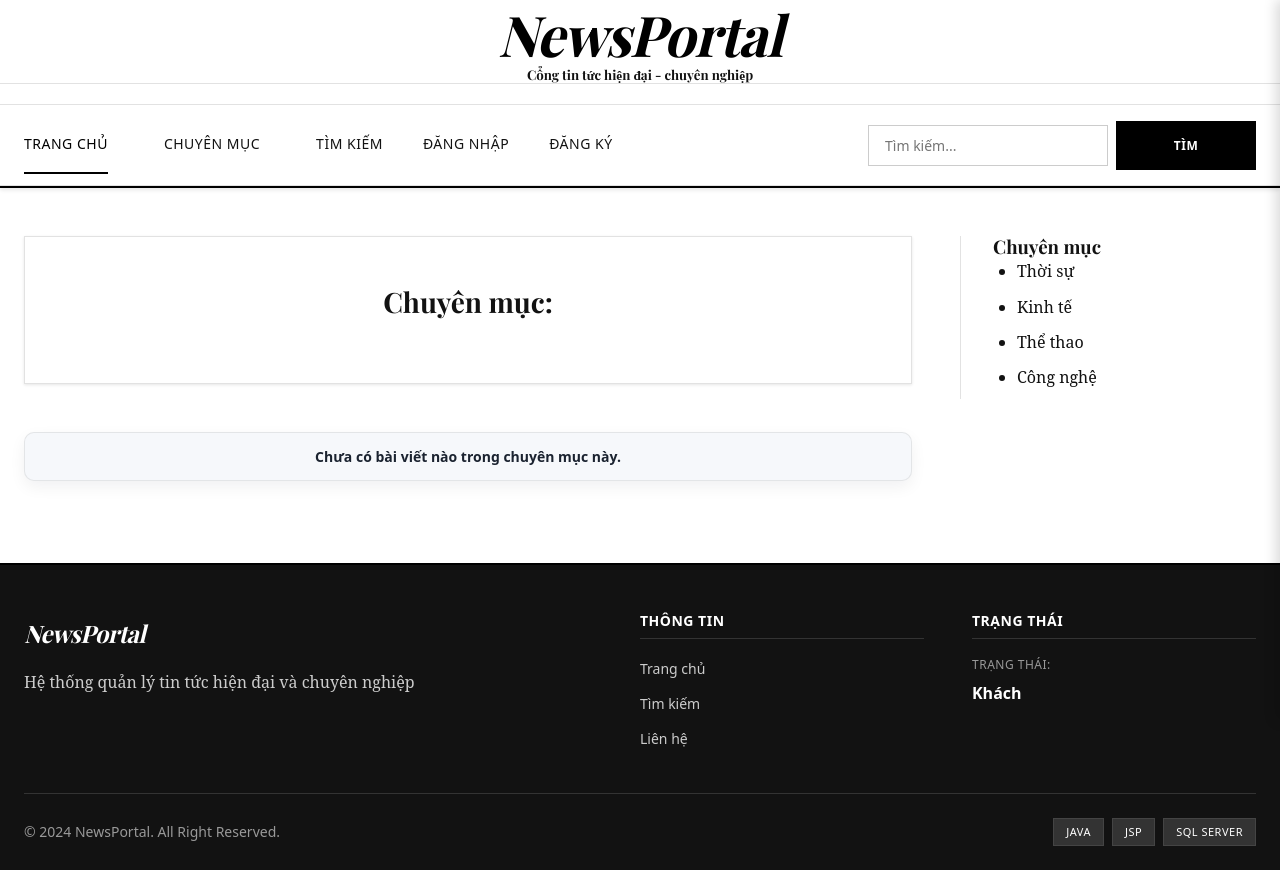
Repository: minhtvpy00202-git/Assignment_PY00202_MinhTV
Page: http://localhost/NewsPortal_PY00202/WEB-INF/views/category.jsp
These files come from the project's save history. The page is drawn as it stood at one moment and after the next save; the edit follows.
The browser window is 1280 px wide. The pictures show the whole page.
Some web fonts or font styles are not loaded; a fallback is used. The page is served by Tomcat 10. Nobody is signed in. The template is opened directly, without the code that normally fills it, so the values that code supplies are empty.

Above is the page before, as saved 2025-09-28 01:02:47.

After the next save:
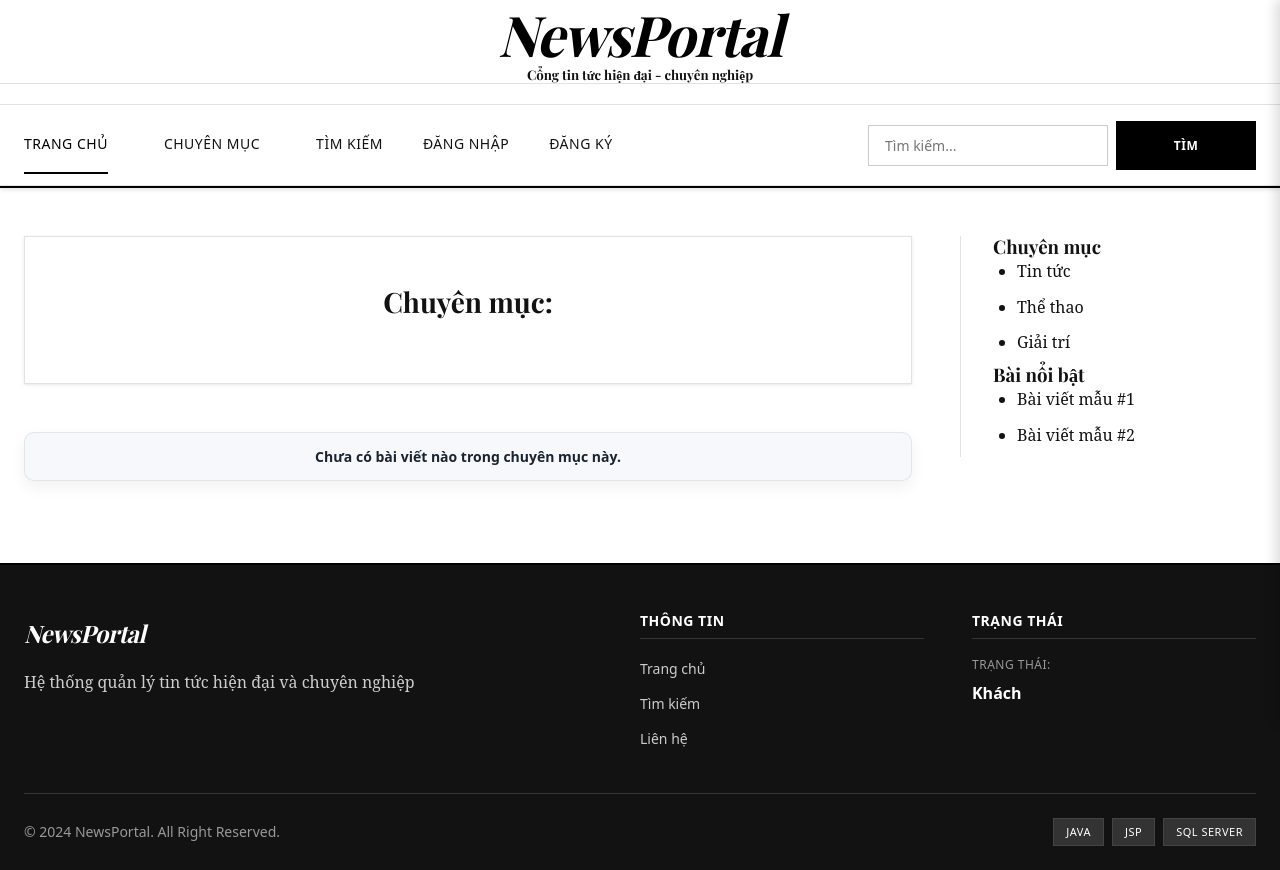
Saved 46 s later.
--- a/Assignment_NewsPortal/NewsPortal_PY00202/src/main/webapp/WEB-INF/views/layout/sidebar.jsp
+++ b/Assignment_NewsPortal/NewsPortal_PY00202/src/main/webapp/WEB-INF/views/layout/sidebar.jsp
@@ -1,10 +1,22 @@
-<%@ page contentType="text/html; charset=UTF-8" %>
-<aside>
-  <h3>Chuyên mục</h3>
-  <ul>
-    <li><a href="#">Thời sự</a></li>
-    <li><a href="#">Kinh tế</a></li>
-    <li><a href="#">Thể thao</a></li>
-    <li><a href="#">Công nghệ</a></li>
-  </ul>
+<%@ page contentType="text/html; charset=UTF-8" pageEncoding="UTF-8"%>
+<aside class="sidebar">
+	<h3>Chuyên mục</h3>
+	<ul class="list">
+		<li><a
+			href="${pageContext.request.contextPath}/category?c=tintuc">Tin
+				tức</a></li>
+		<li><a
+			href="${pageContext.request.contextPath}/category?c=thethao">Thể
+				thao</a></li>
+		<li><a
+			href="${pageContext.request.contextPath}/category?c=giaitri">Giải
+				trí</a></li>
+	</ul>
+	<h3>Bài nổi bật</h3>
+	<ul class="list">
+		<li><a href="${pageContext.request.contextPath}/news/1">Bài
+				viết mẫu #1</a></li>
+		<li><a href="${pageContext.request.contextPath}/news/2">Bài
+				viết mẫu #2</a></li>
+	</ul>
 </aside>
